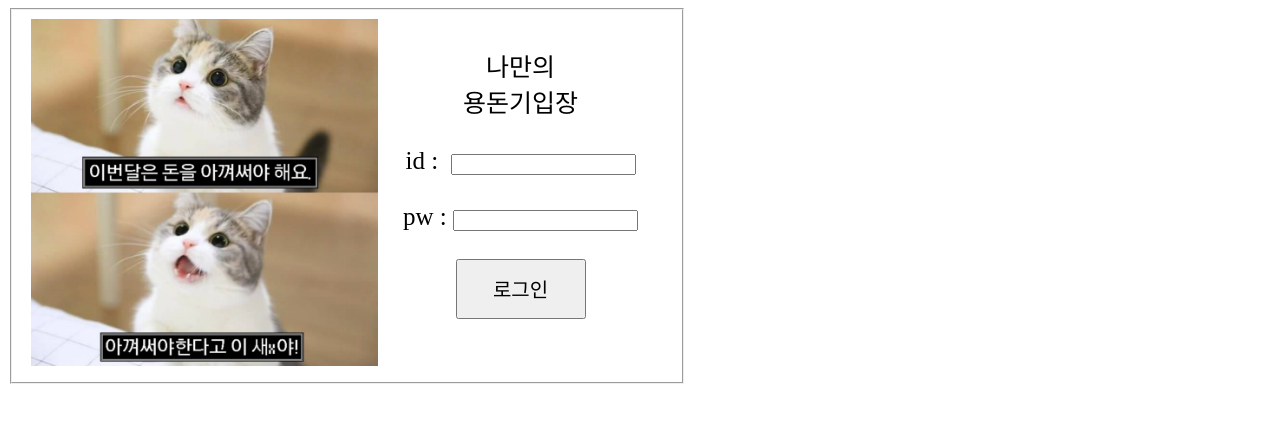
Repository: hus0124/M-IT
Page: JSP_Workspaces/pocketMoneyDiary/WebContent/index.html
The author's editor kept a copy of each file at every save. The page is drawn from the files as they stood at one save, then again after the next save.
The browser window is 1280 px wide. The pictures show the whole page.

Above is the page before, as saved 2020-01-03 00:31:33.

After the next save:
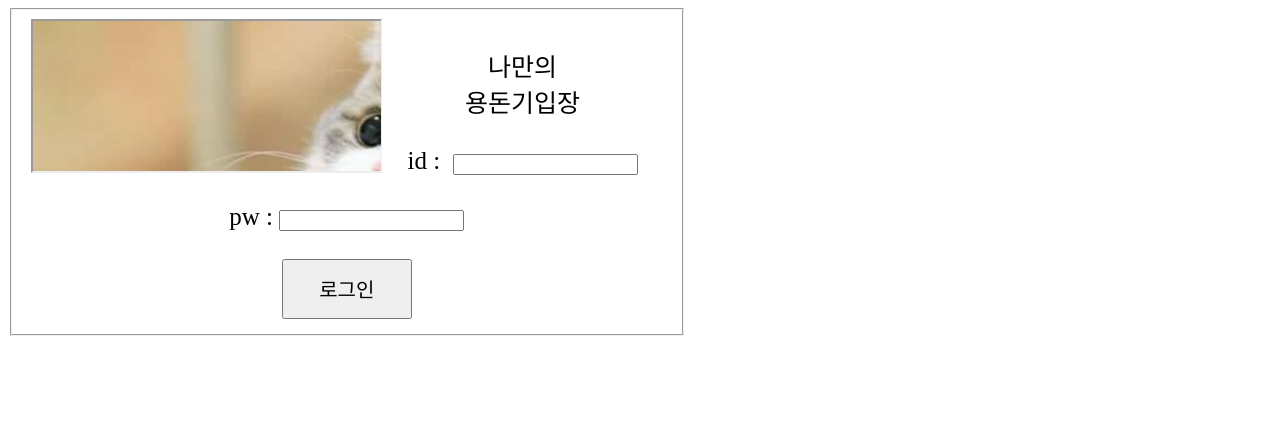
Saved 3 min 8 s later.
--- a/JSP_Workspaces/pocketMoneyDiary/WebContent/index.html
+++ b/JSP_Workspaces/pocketMoneyDiary/WebContent/index.html
@@ -17,7 +17,8 @@ input[type=submit] {width:auto;}
 	<fieldset style="width:50%; height:auto; text-align:center">
 	<form action="result.jsp" method="get">
 
-		<img src="catmoney.png" style="width:55%; height:auto; float:left">
+
+		<iframe src="catmoney.png" style="width:55%; height:auto; float:left"></iframe>
 		<br><div id="title">나만의<br>용돈기입장</div><br>
 		id :&nbsp;&nbsp;<input type="text" name = "id"><br><br>
 		pw : <input type="text" name = "pw"><br><br>
